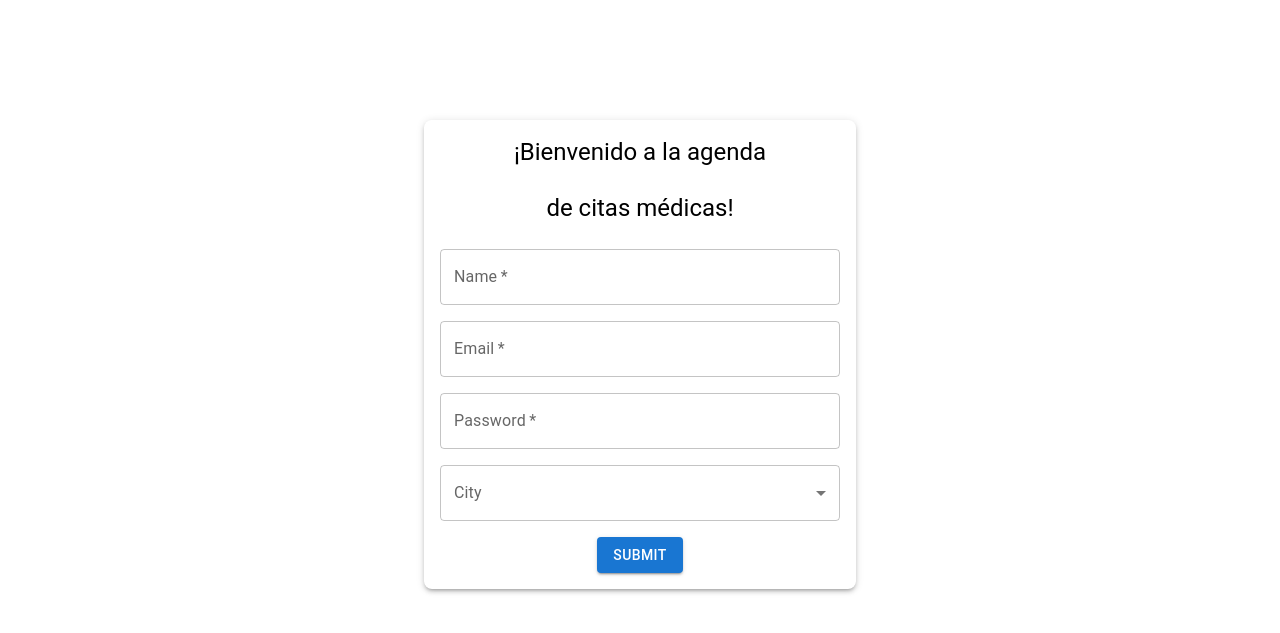
Repository: nicoleabaddd/FormReactJs
Page: /
The author's editor kept a copy of each file at every save. The page is drawn from the files as they stood at one save, then again after the next save.
The browser window is 1280 px wide. The pictures show the whole page.
The project was rebuilt for these pictures with package versions that can differ from the ones it lists, and the page was loaded fresh each time. Also part of the build but not shown: src/App.css.

Above is the page before, as saved 2024-07-15 01:03:26.

After the next save:
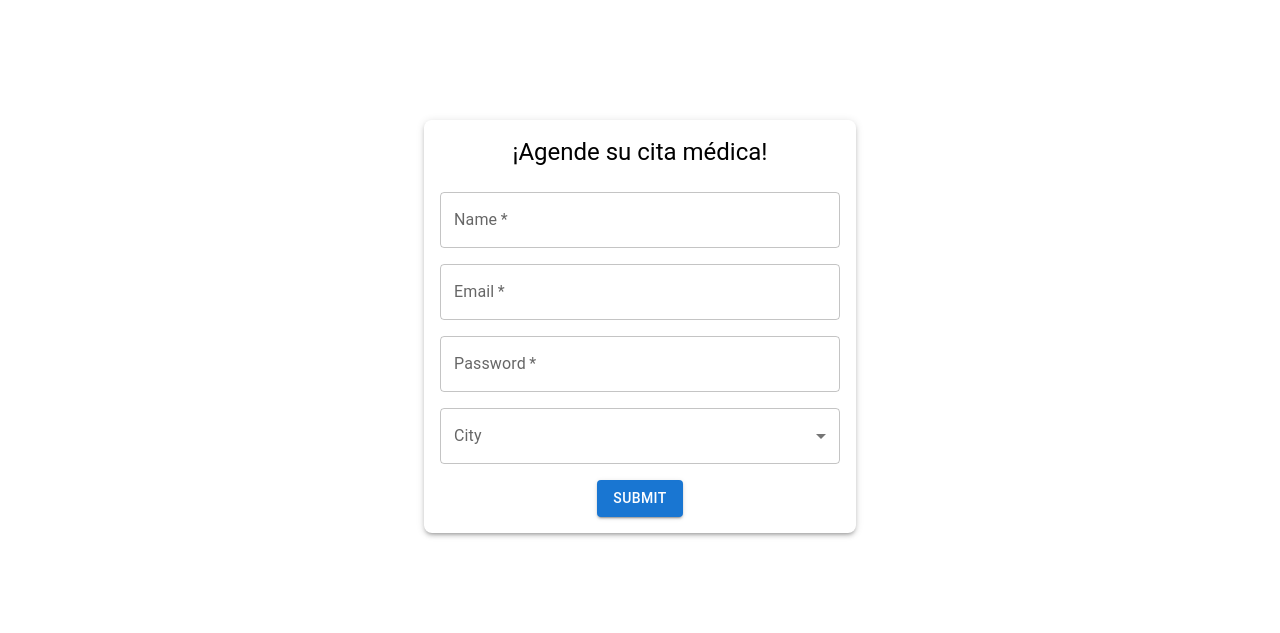
Saved 90 s later.
--- a/src/components/formulario.jsx
+++ b/src/components/formulario.jsx
@@ -48,11 +48,11 @@ import {
     const handleSubmit = (e) => {
       e.preventDefault();
       console.log(formData);
-      setOpen(true);  // Abre el diálogo cuando el formulario se envía
+      setOpen(true);
     };
 
     const handleClose = () => {
-      setOpen(false);  // Cierra el diálogo
+      setOpen(false);
     };
 
     return (
@@ -72,11 +72,7 @@ import {
         }}
       >
         <Typography variant="h5" component="h1" gutterBottom>
-          ¡Bienvenido a la agenda
-        </Typography>
-
-        <Typography variant="h5" component="h1" gutterBottom>
-          de citas médicas!
+          ¡Agende su cita médica!
         </Typography>
 
         <TextField
